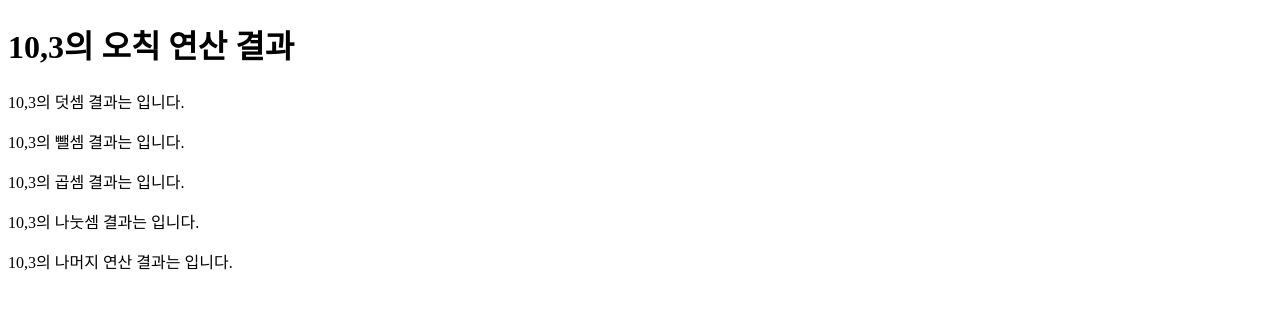
Repository: tngus3580/tngus3580
Page: http://localhost/20201109a/test3.jsp
An editor plug-in stored every save of this project. The page is shown before and after the next save, followed by the edit.
The browser window is 1280 px wide. The pictures show the whole page.
The page is served by Tomcat 9.

Above is the page before, as saved 2020-11-09 07:00:38.

### 20201109a/WebContent/test3.jsp
<%@ page language="java" contentType="text/html; charset=UTF-8"
    pageEncoding="UTF-8"%>
<!DOCTYPE html>
<html>
<head>
<meta charset="UTF-8">
<title>Insert title here</title>
</head>
<body>
	<%!
	public int plus(int num1, int num2){
		return num1 + num2 ;
	}
	public int minus(int num1, int num2){
		return num1 - num2 ;
	}
	public int gob(int num1, int num2){
		return num1 * num2 ;
	}
	public int nanum(int num1, int num2){
		return num1 / num2 ;
	}
	public int nmg(int num1, int num2){
		return num1 % num2 ;
	}
	%>

	<%int num1=10;
	int num2=3;
	%>

	<h1><%=num1%>,<%=num2%>의 오칙 연산 결과</h1>
	<p><%=num1%>,<%=num2%>의 덧셈 결과는 <%plus(num1,num2);%>입니다.</p>
	<p><%=num1%>,<%=num2%>의 뺄셈 결과는 <%minus(num1,num2);%>입니다.</p>
	<p><%=num1%>,<%=num2%>의 곱셈 결과는 <%gob(num1,num2);%>입니다.</p>
	<p><%=num1%>,<%=num2%>의 나눗셈 결과는 <%nanum(num1,num2);%>입니다.</p>
	<p><%=num1%>,<%=num2%>의 나머지 연산 결과는 <%nmg(num1,num2);%>입니다.</p>
</body>
</html>

After the next save:
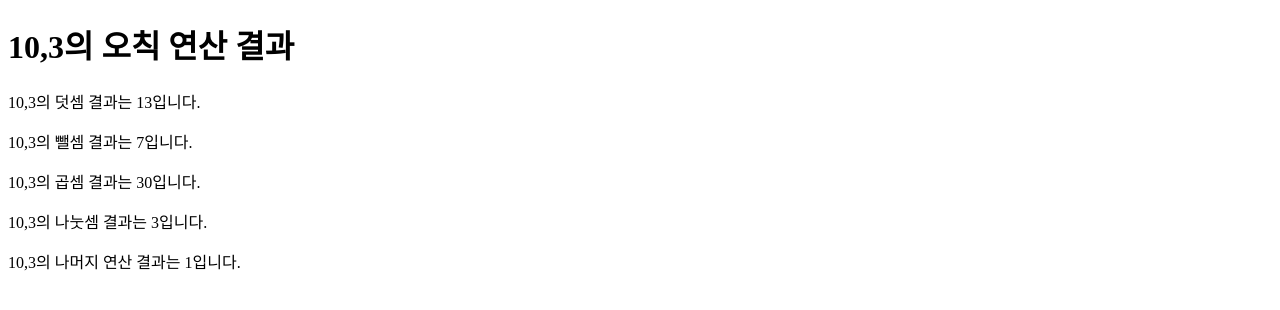
Saved 49 s later.
--- a/20201109a/WebContent/test3.jsp
+++ b/20201109a/WebContent/test3.jsp
@@ -30,10 +30,10 @@
 	%>
 
 	<h1><%=num1%>,<%=num2%>의 오칙 연산 결과</h1>
-	<p><%=num1%>,<%=num2%>의 덧셈 결과는 <%plus(num1,num2);%>입니다.</p>
-	<p><%=num1%>,<%=num2%>의 뺄셈 결과는 <%minus(num1,num2);%>입니다.</p>
-	<p><%=num1%>,<%=num2%>의 곱셈 결과는 <%gob(num1,num2);%>입니다.</p>
-	<p><%=num1%>,<%=num2%>의 나눗셈 결과는 <%nanum(num1,num2);%>입니다.</p>
-	<p><%=num1%>,<%=num2%>의 나머지 연산 결과는 <%nmg(num1,num2);%>입니다.</p>
+	<p><%=num1%>,<%=num2%>의 덧셈 결과는 <%=plus(num1,num2)%>입니다.</p>
+	<p><%=num1%>,<%=num2%>의 뺄셈 결과는 <%=minus(num1,num2)%>입니다.</p>
+	<p><%=num1%>,<%=num2%>의 곱셈 결과는 <%=gob(num1,num2)%>입니다.</p>
+	<p><%=num1%>,<%=num2%>의 나눗셈 결과는 <%=nanum(num1,num2)%>입니다.</p>
+	<p><%=num1%>,<%=num2%>의 나머지 연산 결과는 <%=nmg(num1,num2)%>입니다.</p>
 </body>
 </html>
